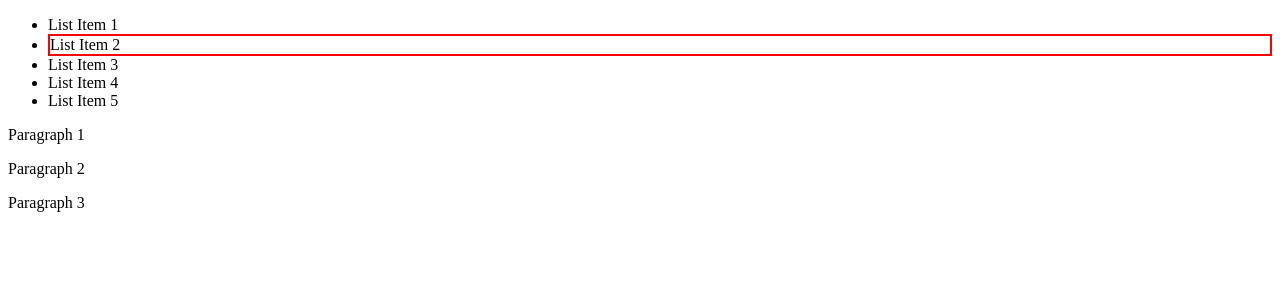
Repository: PankajSutharPersistent/vm-backup
Page: workspaceJavaScript/JSDemo/step-24.html
The author's editor kept a copy of each file at every save. The page is drawn from the files as they stood at one save, then again after the next save.
The browser window is 1280 px wide. The pictures show the whole page.

Above is the page before, as saved 2016-12-30 08:47:19.

After the next save:
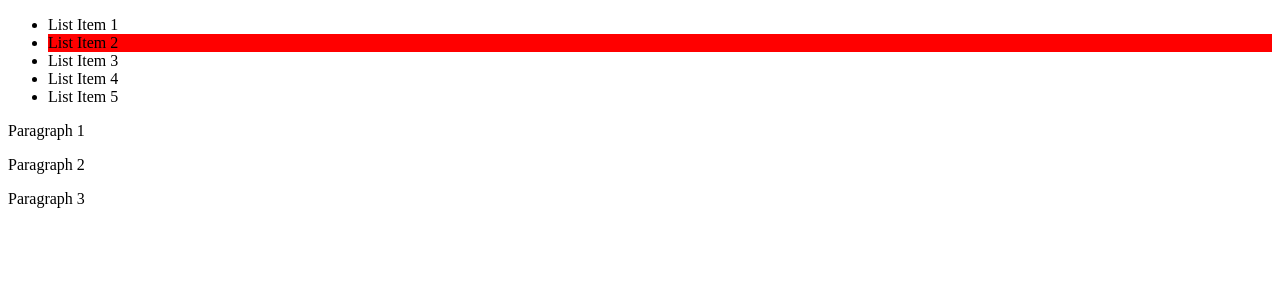
Saved 56 s later.
--- a/workspaceJavaScript/JSDemo/step-24.html
+++ b/workspaceJavaScript/JSDemo/step-24.html
@@ -14,7 +14,9 @@
                      // alert(document.querySelectorAll("li")[0].innerHTML);
 
                     //document.querySelectorAll("li")[1].style="border:2px solid red"
-                    document.querySelectorAll("li")[1].style.border="2px solid red"
+                    //document.querySelectorAll("li")[1].style.border="2px solid red"
+
+					document.querySelectorAll("li")[1].style.backgroundColor="red";
 
 		};
 	</script>
